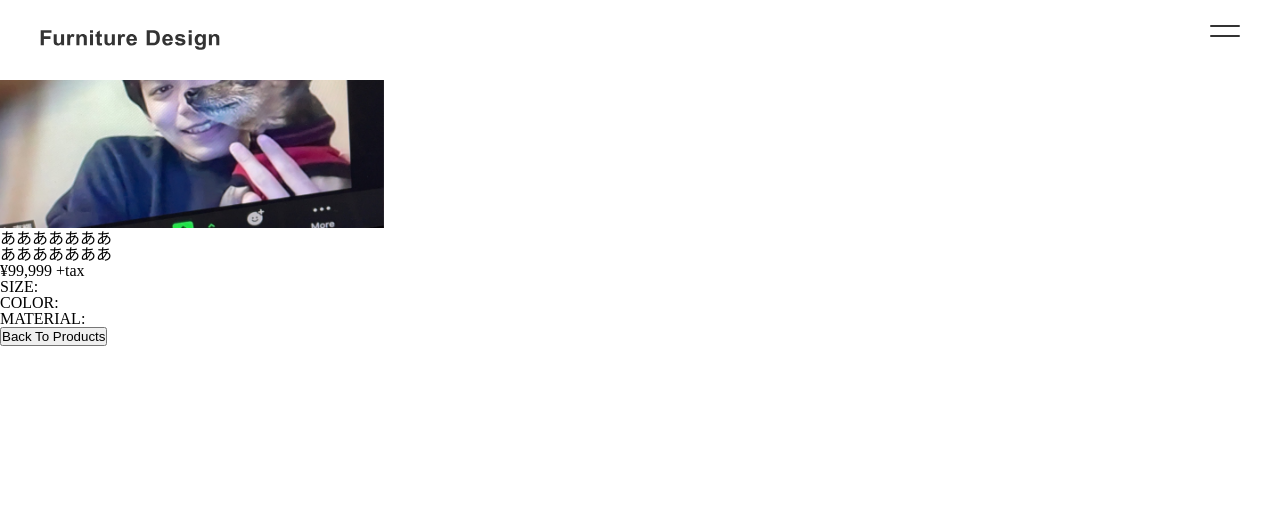
Repository: kohei23n/tenfeet
Page: menbers2/index.html
The author's editor kept a copy of each file at every save. The page is drawn from the files as they stood at one save, then again after a run of saves.
The browser window is 1280 px wide. The pictures show the whole page.

Above is the page before, as saved 2022-02-08 21:16:37.

After the next 2 saves:
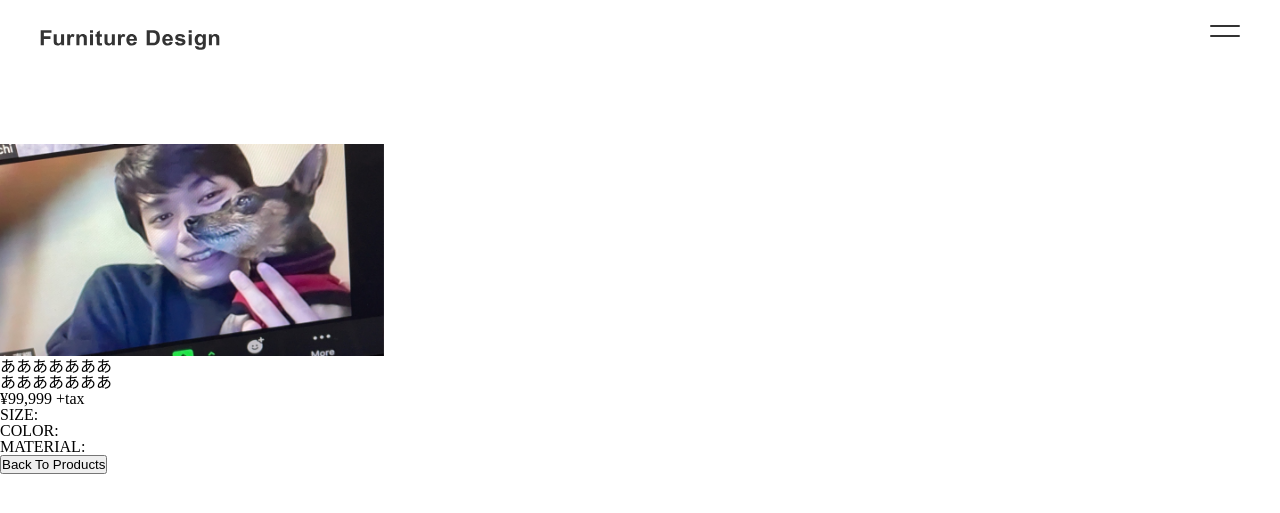
The 2 saves are shown as one change because they came seconds apart.
The last was saved 10 s later.
--- a/menbers2/menbers2.css
+++ b/menbers2/menbers2.css
@@ -93,7 +93,8 @@ img {
 }
 
 .section_member{
-    margin-top: ;
+
+    margin-top: 10%;
 }
 
 .member{
